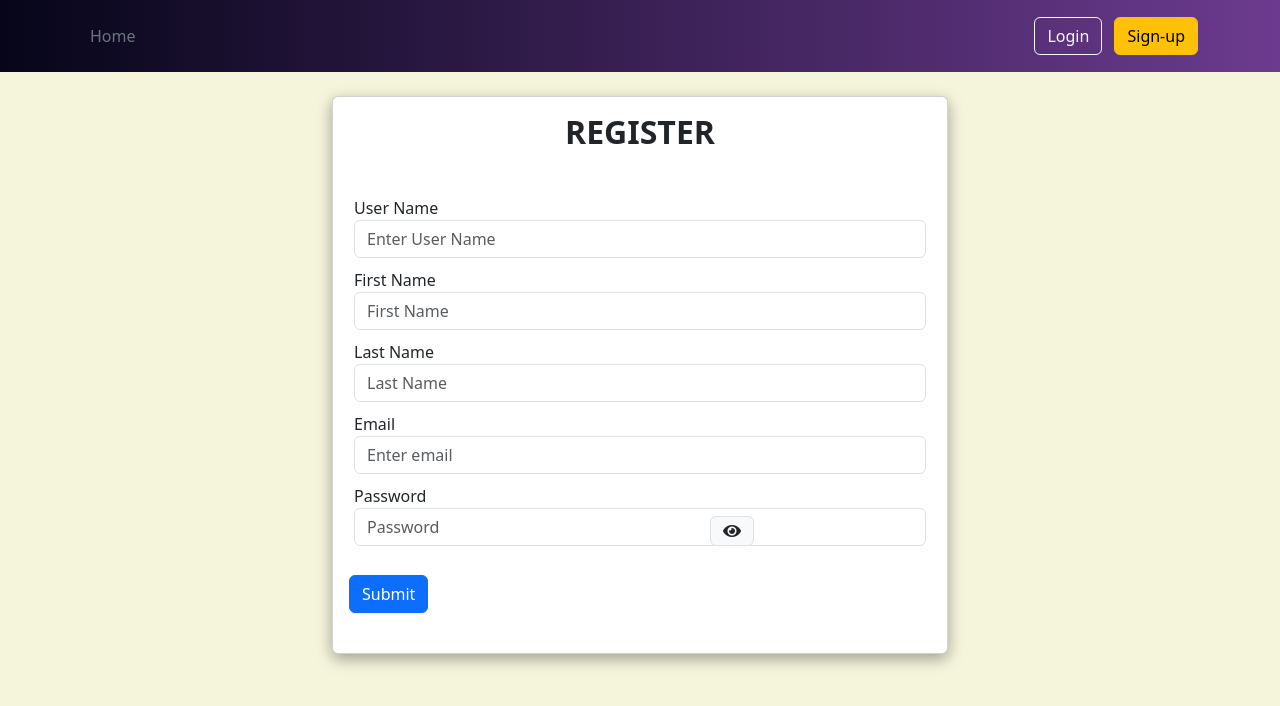
Repository: professorsourabh/php_membership
Page: http://localhost/MVC-Assignment/
The author's editor kept a copy of each file at every save. The page is drawn from the files as they stood at one save, then again after the next save.
The browser window is 1280 px wide. The pictures show the whole page.
Some web libraries are served in a nearby version. The page is run by PHP 8.4 with error messages shown; the project is at /var/www/html/.

Above is the page before, as saved 2023-07-09 15:36:31.

### index.php
<?php
session_start();
?>

<html lang="en">
<head>
    <meta charset="UTF-8">
    <meta name="viewport" content="width=device-width, initial-scale=1.0">
    <title>Assesment-Register</title>
    <link href="https://cdn.jsdelivr.net/npm/bootstrap@5.3.0/dist/css/bootstrap.min.css" rel="stylesheet" integrity="sha384-9ndCyUaIbzAi2FUVXJi0CjmCapSmO7SnpJef0486qhLnuZ2cdeRhO02iuK6FUUVM" crossorigin="anonymous">
    <link rel="stylesheet" href="https://cdnjs.cloudflare.com/ajax/libs/font-awesome/5.13.0/css/all.min.css">
    <link rel="stylesheet" href="index.css"></link>
</head>
<body>
    <header class="p-3 bg-dark text-white">
        <div class="container">
          <div class="d-flex flex-wrap align-items-center justify-content-center justify-content-lg-start">


            <ul class="nav col-12 col-lg-auto me-lg-auto mb-2 justify-content-center mb-md-0">
              <li><a href="#" class="nav-link px-2 text-secondary " >Home</a></li>

            </ul>

              <div class="text-end">
              <a type="button" class="btn btn-outline-light me-2" href="login.php">Login</a>
              <a type="button" class="btn btn-warning" href="index.php">Sign-up</a>
            </div>
          </div>
        </div>
      </header>
      <div class="container my-4 col-lg-6">
        <div class="card my-4" style="box-shadow: rgba(0, 0, 0, 0.35) 0px 5px 15px;">
            <div class="card-heading text-center my-3 mx-2">
                <h2 class="text-uppercase fw-bold">Register</h2>
            </div>
            <div class="card-body">
            <?php if (!empty($_SESSION['error_msg'])) { ?>
            <div class="error">
                <div class="alert alert-danger alert-dismissible fade show" role="alert">
                    <?php echo $_SESSION['error_msg']; ?>
                    <button type="button" class="btn-close" data-bs-dismiss="alert" aria-label="Close"></button>
                </div>
            </div>
            <?php
            unset($_SESSION['error_msg']);
        } ?>
         <?php if (!empty($_SESSION['success_msg'])) { ?>
            <div class="error">
                <div class="alert alert-success alert-dismissible fade show" role="alert">
                    <?php echo $_SESSION['success_msg']; ?>
                    <button type="button" class="btn-close" data-bs-dismiss="alert" aria-label="Close"></button>
                </div>
            </div>
            <?php
            unset($_SESSION['success_msg']);
        } ?>

        <form method="post" action="./controller/registerController.php">
            <div class="form-group">
                <label for="exampleInputusername">User Name</label>
                <input type="text" class="form-control" name="username" id="username" placeholder="Enter User Name">
              </div>

              <div class="form-group">
                <label for="exampleInputfirst_name">First Name</label>
                <input type="text" class="form-control" name="firstname" id="first_name" placeholder="First Name">
              </div>
              <div class="form-group">
                <label for="exampleInputlast_name">Last Name</label>
                <input type="text" name="lastname" class="form-control" id="last_name" placeholder="Last Name">
              </div>

            <div class="form-group">
              <label for="exampleInputEmail">Email</label>
              <input type="email" class="form-control" name="email" id="email"  placeholder="Enter email">

            </div>


              <div class="form-group">
                <label for="exampleInputPassword">Password</label>
                <input type="password" class="form-control" name="password" id="exampleInputPassword" placeholder="Password">
                <span class="input-group-text eye-icon" onclick="togglePasswordVisibility('password')">
                            <i class="fas fa-eye"></i>
                        </span>
              </div>


            <button type="submit" class="btn btn-primary my-4">Submit</button>
          </form>

            </div>
        </div>

    </div>







    <script src="https://cdn.jsdelivr.net/npm/bootstrap@5.3.0/dist/js/bootstrap.bundle.min.js" integrity="sha384-geWF76RCwLtnZ8qwWowPQNguL3RmwHVBC9FhGdlKrxdiJJigb/j/68SIy3Te4Bkz" crossorigin="anonymous"></script>
    <script src="./public/project.js">

       </script>
  </body>
</html>

### index.css
*{
    padding: 0;
    margin: 0;
}

body{

    background-color: beige;
}
header{
    background: rgb(5,4,24);
    background: linear-gradient(90deg, rgba(5,4,24,0.9557072829131653) 0%, rgba(134,66,179,0.7400210084033614) 100%);
}
.registration-part{

    padding: 50px;

}
.text-cente{
    text-align: center;
}
div.form-group{
    padding: 5px;
}

span.eye-icon {


    position: absolute;
    top: 78%;
    left: 65%;
    transform: translate(-50%, -50%);
}

### public/project.js
function togglePasswordVisibility(inputId) {
    var input = document.getElementById(inputId);
    if (input.type === "password") {
        input.type = "text";
    } else {
        input.type = "password";
    }
}

After the next save:
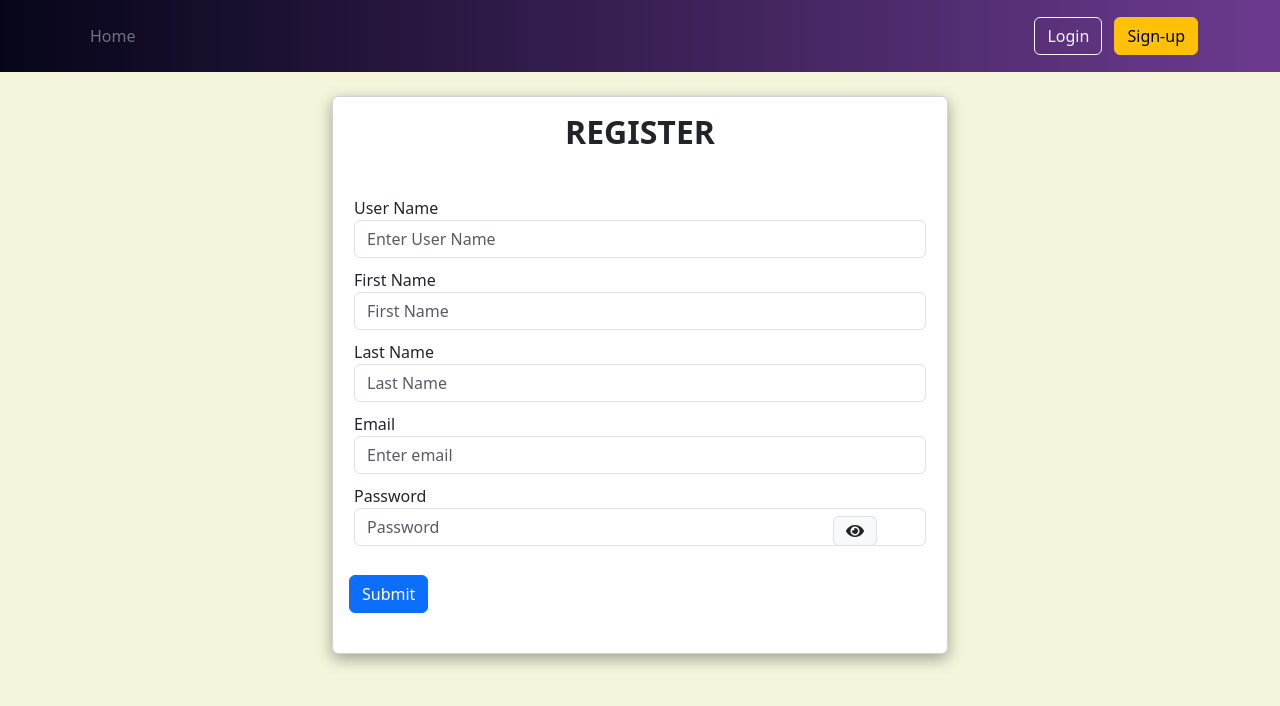
Saved 6 s later.
--- a/index.css
+++ b/index.css
@@ -28,6 +28,6 @@ span.eye-icon {
 
     position: absolute;
     top: 78%;
-    left: 65%;
+    left: 85%;
     transform: translate(-50%, -50%);
 }
